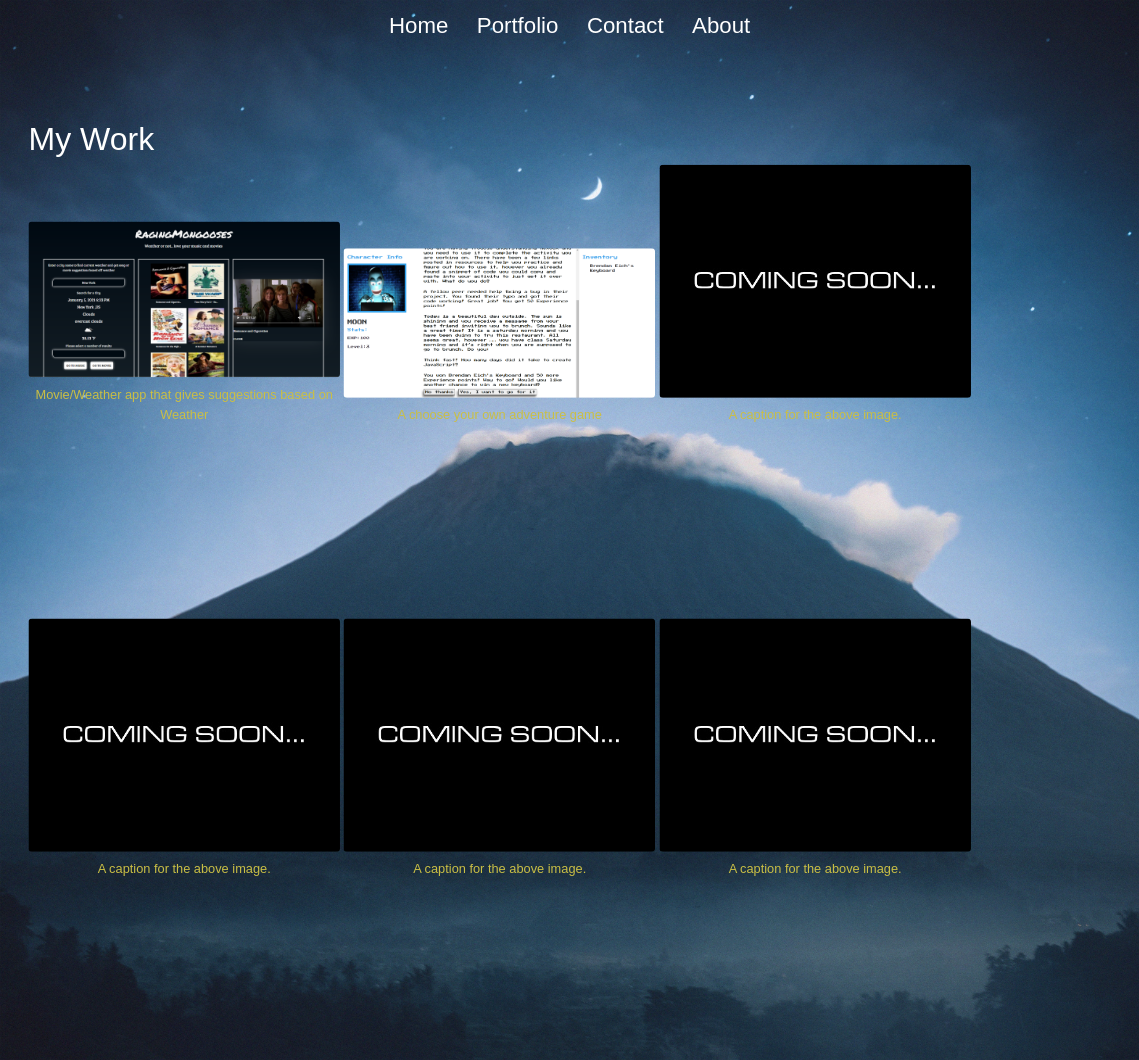
Repository: pnguyen6910/pnguyen6910.github.io
Page: pages/portfolio.html
The author's editor kept a copy of each file at every save. The page is drawn from the files as they stood at one save, then again after the next save.
The browser window is 1280 px wide. The pictures show the whole page, at 89% of full size.

Above is the page before, as saved 2021-03-09 21:40:07.

After the next save:
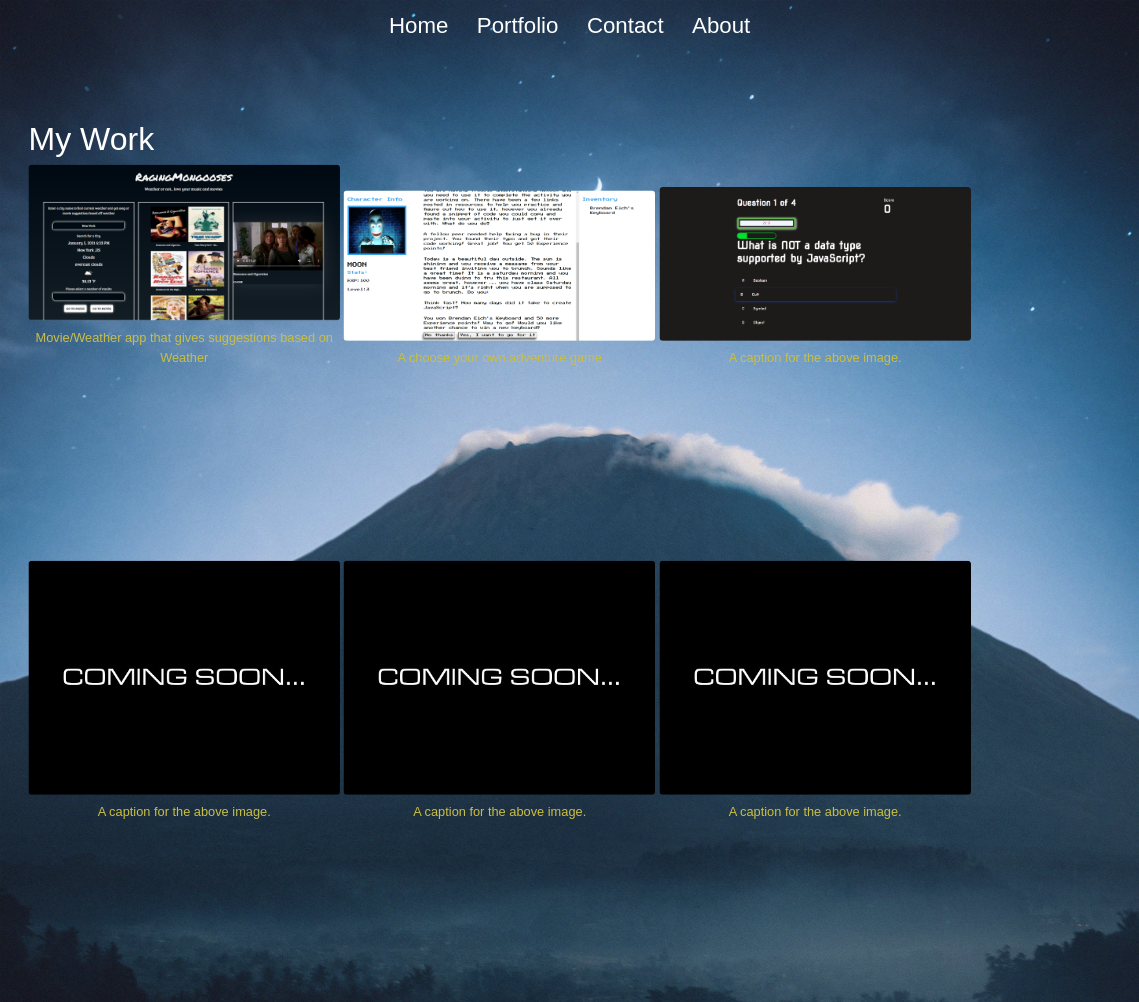
Saved 2 min 16 s later.
--- a/pages/portfolio.html
+++ b/pages/portfolio.html
@@ -43,7 +43,8 @@
         <figcaption class="figure-caption">A choose your own adventure game</figcaption>
       </figure>
       <figure class="figure">
-        <img src="../assets/comingsoon.jpg" class="figure-img img-fluid rounded" alt="...">
+        <a href="https://pnguyen6910.github.io/timed.shortquiz/"><img src="../assets/timedQuiz.png"
+            class="figure-img img-fluid rounded" alt="..."></a>
         <figcaption class="figure-caption">A caption for the above image.</figcaption>
       </figure>
       <figure class="figure">
